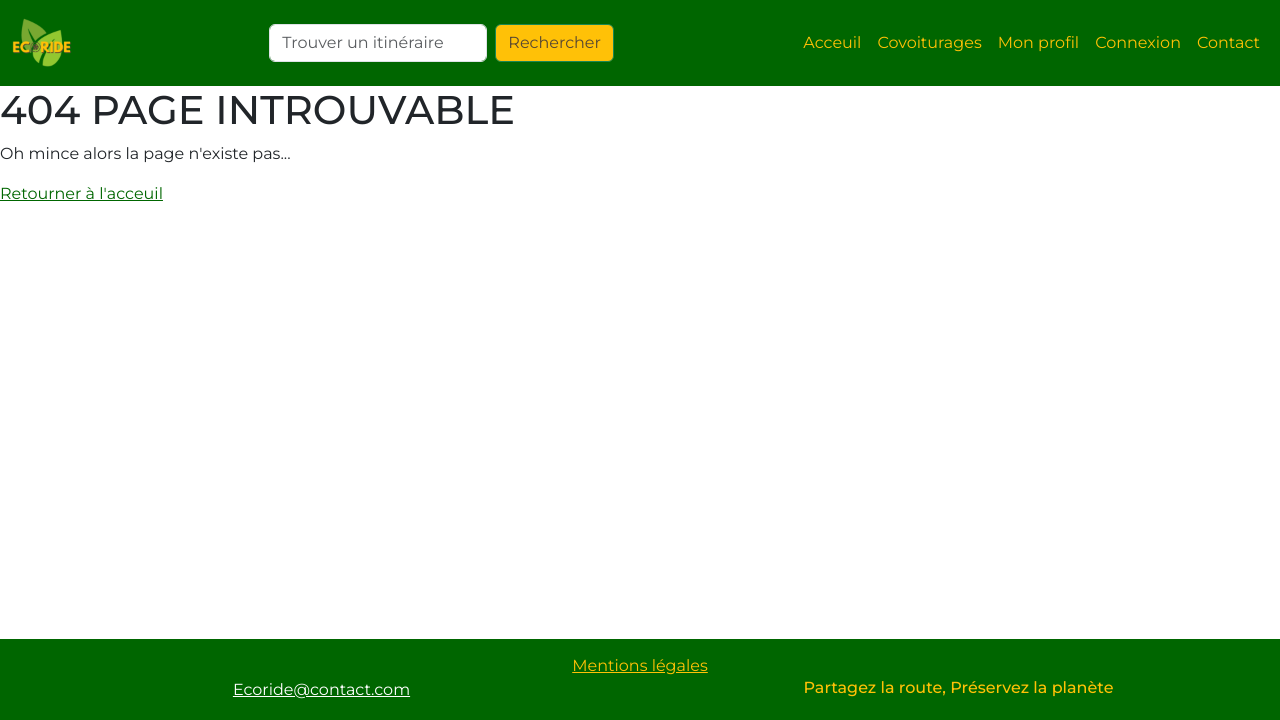
Repository: lemonhao9/ECF
Page: index.html
An editor plug-in stored every save of this project. The page is shown before and after the next save, followed by the edit.
The browser window is 1280 px wide. The pictures show the whole page.
The pointer rests on the first visible `footer a`.
Some web fonts or font styles are not loaded; a fallback is used. The style sheet was rebuilt from its Sass, Less or Tailwind sources for each picture, by a compiler version that may differ from the author's.

Above is the page before, as saved 2025-02-11 15:27:44.

### index.html
<!DOCTYPE html>
<html lang="fr">
<head>
    <meta charset="UTF-8">
    <meta name="viewport" content="width=device-width, initial-scale=1.0">
    <link rel="preconnect" href="https://fonts.googleapis.com">
    <link rel="preconnect" href="https://fonts.gstatic.com" crossorigin>
    <link href="https://fonts.googleapis.com/css2?family=Hind+Madurai:wght@300;400;500;600;700&family=Montserrat:ital,wght@0,100..900;1,100..900&display=swap" rel="stylesheet">
    <link rel="stylesheet" href="/scss/main.css"/>
    <title>EcoRide</title>
</head>
<body>

    <header>
<nav class="navbar navbar-expand-lg bg-primary" data-bs-theme="light">
  <div class="container-fluid">
        <a class="navbar-brand" href="/"><img src="/images/EcoRideLOGO.png" class="img-fluid" alt="logo EcoRide" width="60px"height="50px"></a>
        <button class="navbar-toggler" type="button" data-bs-toggle="collapse" data-bs-target="#navbarSupportedContent" aria-controls="navbarSupportedContent" aria-expanded="false" aria-label="Toggle navigation">
      <span class="navbar-toggler-icon"></span>
        </button>
     <div class="collapse navbar-collapse" id="navbarSupportedContent">
        <div class="d-flex justify-content-center w-100">
            <form class="d-flex" role="search">
              <input class="form-control me-2" type="search" placeholder="Trouver un itinéraire" aria-label="Search">
              <button class="btn btn-outline-success bg-secondary text-black" type="submit">Rechercher</button>
            </form>
          </div>
      <ul class="navbar-nav ms-auto mb-2 mb-lg-0">
        <li class="nav-item">
          <a class="nav-link text-secondary" href="/">Acceuil</a>
        </li>
        <li class="nav-item">
          <a class="nav-link text-secondary" href="/formCovoit">Covoiturages</a>
        </li>
        <li class="nav-item">
          <a class="nav-link text-secondary text-nowrap" href="/profile">Mon profil</a>
        </li>
        <li class="nav-item">
            <a class="nav-link text-secondary" href="#">Connexion</a>
          </li>
          <li class="nav-item">
            <a class="nav-link text-secondary" href="">Contact</a>
          </li>
      </ul>

    </div>
  </div>
</nav>
    </header>

    <main id="main-page">
        <!-- Injection du contenu des différentes pages-->
    </main>
    <footer class="bg-primary text-center footer">
        <div class="row">
            <div class="col-12">
                <a href="#" class="text-secondary">Mentions légales</a>
            </div>
            <div class="col-6">
                <a href="mailto:Ecoride@contact.com" class="text-white">Ecoride@contact.com</a>
            </div>
            <div class="col-6 text-secondary">
                <h3>Partagez la route, Préservez la planète</h3>
            </div>
        </div>
    </footer>

    <script type="module" src="./Router/router.js"></script>
    <script src="node_modules/bootstrap/dist/js/bootstrap.bundle.min.js"></script>

</body>
</html>

### Router/router.js
import Route from "./Route.js";
import { allRoutes, websiteName } from "./allRoutes.js";

// Création d'une route pour la page 404 (page introuvable)
const route404 = new Route("404", "Page introuvable", "/pages/404.html");

// Fonction pour récupérer la route correspondant à une URL donnée
const getRouteByUrl = (url) => {
  let currentRoute = null;
  // Parcours de toutes les routes pour trouver la correspondance
  allRoutes.forEach((element) => {
    if (element.url == url) {
      currentRoute = element;
    }
  });
  // Si aucune correspondance n'est trouvée, on retourne la route 404
  if (currentRoute != null) {
    return currentRoute;
  } else {
    return route404;
  }
};

// Fonction pour charger le contenu de la page
const LoadContentPage = async () => {
  const path = window.location.pathname;
  // Récupération de l'URL actuelle
  const actualRoute = getRouteByUrl(path);
  // Récupération du contenu HTML de la route
  const html = await fetch(actualRoute.pathHtml).then((data) => data.text());
  // Ajout du contenu HTML à l'élément avec l'ID "main-page"
  document.getElementById("main-page").innerHTML = html;

  // Ajout du contenu JavaScript
  if (actualRoute.pathJS != "") {
    // Création d'une balise script
    var scriptTag = document.createElement("script");
    scriptTag.setAttribute("type", "text/javascript");
    scriptTag.setAttribute("src", actualRoute.pathJS);

    // Ajout de la balise script au corps du document
    document.querySelector("body").appendChild(scriptTag);
  }

  // Changement du titre de la page
  document.title = actualRoute.title + " - " + websiteName;
};

// Fonction pour gérer les événements de routage (clic sur les liens)
const routeEvent = (event) => {
  event = event || window.event;
  event.preventDefault();
  // Mise à jour de l'URL dans l'historique du navigateur
  window.history.pushState({}, "", event.target.href);
  // Chargement du contenu de la nouvelle page
  LoadContentPage();
};

// Gestion de l'événement de retour en arrière dans l'historique du navigateur
window.onpopstate = LoadContentPage;
// Assignation de la fonction routeEvent à la propriété route de la fenêtre
window.route = routeEvent;
// Chargement du contenu de la page au chargement initial
LoadContentPage();

### Router/allRoutes.js
import Route from "./Route.js";

//Définir ici vos routes
export const allRoutes = [
    new Route("/", "Accueil", "./pages/home.html"),
    new Route("/profile", "Profil", "./pages/profile.html"),
    new Route("/login", "Connexion", "./pages/auth/login.html"),
    new Route("/signin", "Inscription", "./pages/auth/signin.html"),
    new Route("/formCovoit", "Covoiturages", "./pages/formCovoit.html"),
    new Route("/vueCovoit", "Se déplacer", "./pages/vueCovoit.html")
];

//Le titre s'affiche comme ceci : Route.titre - websitename
export const websiteName = "EcoRide";

### pages/404.html
<div>
    <h1>404 PAGE INTROUVABLE</h1>
    <p>Oh mince alors la page n'existe pas...</p>
    <p><a href="/">Retourner à l'acceuil</a></p>
</div>

### scss/main.scss
@import 'custom';

html {
    position: relative;
    min-height: 100%;
}

main{
    margin-bottom: 82px;
}

// ...Style du Footer...

footer.footer {
    padding: 15px;
    position:absolute;
    bottom:0;
    width: 100%;
}

footer h3{
    font-size: 16px;
}

footer a:hover{
        color:#584832;
}


// ...Style du burger...
.navbar-toggler-icon {
    background-image: url("data:[embedded picture, 225 characters]");
  }
.navbar-toggler{
  border:none;
}
.navbar-toggler:focus{
  box-shadow: none;
}

### scss/_custom.scss
// On défini notre charte graphique ainsi que les différentes polices d'écriture.

$primary: #006600;
$secondary: #FFC107;
$dark:#392C1E;
$black:  #584832;
$font-family-sans-serif: "Montserrat", sans-serif !default;
$font-family-serif: "Hind Madurai", serif !default;

@import "../node_modules/bootstrap/scss/bootstrap";

Loaded but not shown: node_modules/bootstrap/dist/js/bootstrap.bundle.min.js (library); Router/Route.js (common file)

After the next save:
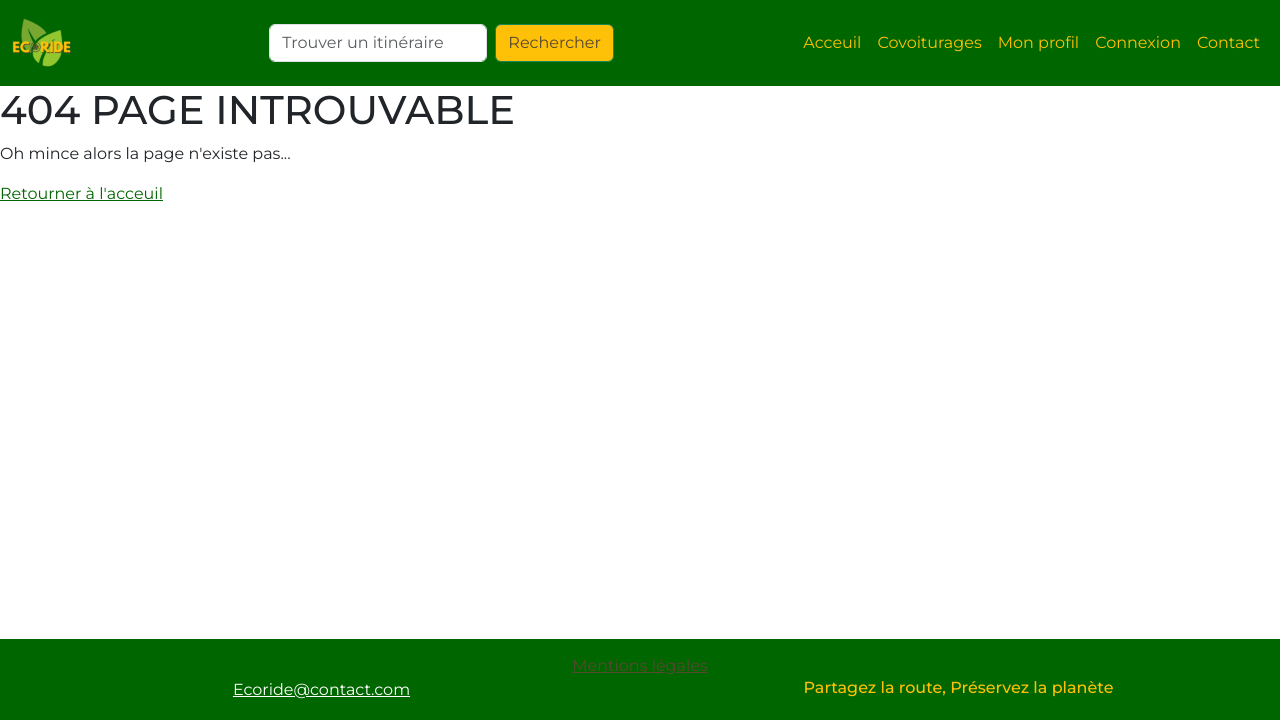
Saved 104 s later.
--- a/scss/main.scss
+++ b/scss/main.scss
@@ -23,7 +23,7 @@ footer h3{
 }
 
 footer a:hover{
-        color:#584832;
+        color:#584832 !important;
 }
 
 
